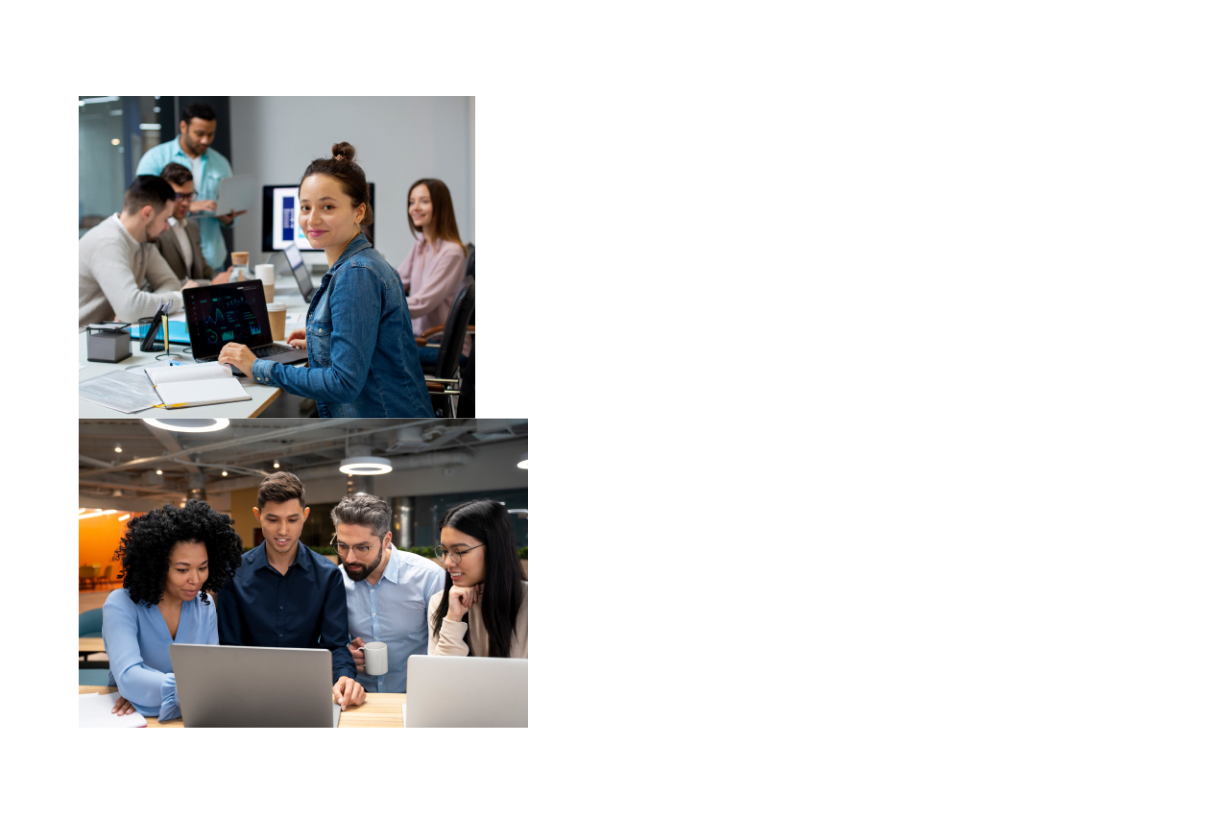
Repository: tagnam/mirehel2.0
Page: about.html
These files come from the project's save history. The page is drawn as it stood at one moment and after the next save; the edit follows.
The browser window is 1280 px wide. The pictures show the whole page, at 96% of full size.

Above is the page before, as saved 2025-02-03 11:49:20.

### about.html
<!DOCTYPE html>
<html lang="en">
<head>
    <meta charset="UTF-8">
    <meta name="viewport" content="width=device-width, initial-scale=1.0">
    <title>about</title>
    <link href="https://cdn.jsdelivr.net/npm/bootstrap@5.0.2/dist/css/bootstrap.min.css" rel="stylesheet" integrity="sha384-EVSTQN3/azprG1Anm3QDgpJLIm9Nao0Yz1ztcQTwFspd3yD65VohhpuuCOmLASjC" crossorigin="anonymous">
    <link rel="stylesheet" href="style/css/animation.css">
    <link rel="stylesheet" href="style/css/style.css">
    <link rel="stylesheet" href="style/css/animation.css">
</head>
<body>
<!--======================================== about section ==================================== -->


<section>
    <div class="container">
        <div class="row">
            <div class="col-lg-6">
                <div class="about-left">
                    <figure class="about-img-container">
                        <img class="about-img-1" src="images/about-img-1.jpg" alt="">
                        <img class="about-img-2" src="images/about-img-2.jpg" alt="">
                    </figure>
                </div>
            </div>
            <div class="col-lg-6"></div>
        </div>
    </div>
</section>

<!--======================================== end about section ==================================== -->












    <script src="https://cdn.jsdelivr.net/npm/bootstrap@5.0.2/dist/js/bootstrap.bundle.min.js" integrity="sha384-MrcW6ZMFYlzcLA8Nl+NtUVF0sA7MsXsP1UyJoMp4YLEuNSfAP+JcXn/tWtIaxVXM" crossorigin="anonymous"></script>
    <script src="https://cdn.jsdelivr.net/npm/@popperjs/core@2.9.2/dist/umd/popper.min.js" integrity="sha384-IQsoLXl5PILFhosVNubq5LC7Qb9DXgDA9i+tQ8Zj3iwWAwPtgFTxbJ8NT4GN1R8p" crossorigin="anonymous"></script>
    <script src="https://cdn.jsdelivr.net/npm/bootstrap@5.0.2/dist/js/bootstrap.min.js" integrity="sha384-cVKIPhGWiC2Al4u+LWgxfKTRIcfu0JTxR+EQDz/bgldoEyl4H0zUF0QKbrJ0EcQF" crossorigin="anonymous"></script>
</body>
</html>

### style/css/style.css

@import url('https://fonts.googleapis.com/css2?family=Hind:wght@300;400;500;600;700&family=Inter:ital,opsz,wght@0,14..32,100..900;1,14..32,100..900&family=Open+Sans:ital,wght@0,300..800;1,300..800&family=Oswald:wght@200..700&family=Poppins:ital,wght@0,100;0,200;0,300;0,400;0,500;0,600;0,700;0,800;0,900;1,100;1,200;1,300;1,400;1,500;1,600;1,700;1,800;1,900&family=Raleway:ital,wght@0,100..900;1,100..900&family=Roboto:ital,wght@0,100;0,300;0,400;0,500;0,700;0,900;1,100;1,300;1,400;1,500;1,700;1,900&family=Urbanist:ital,wght@0,100..900;1,100..900&display=swap');
@import url("https://cdn.jsdelivr.net/npm/bootstrap-icons@1.11.3/font/bootstrap-icons.min.css");
*{
    margin: 0;
    padding: 0;
    box-sizing: border-box;
}

:root{
    --primary-color: #252A4E;
    --secondary-color: #a249ed;

}

body{
    font-family: "Hind", serif;

    color:#252A4E;
}

section{
    padding: 100px 0;
}

.row-container{
    margin-top: 50px;
}
.banner-section{
    background-image: url(/images/banner-bg.webp);
    background-size: cover;
    background-position: center;
    /* background-attachment: fixed; */
    /* height: 100vh; */
    position: relative;
    margin: 15px;
    padding: 8px;
}
.section-btn{
    height: 100%;
    display: flex
;
    justify-content: flex-end;
    align-items: flex-end;
}

.title{
    font-size: 55px;
    font-weight: 800;
    line-height: 1;
}

.banner-img{
    position: relative;
    bottom: -89px;
}
.banner-content{
    margin-top: 100px;
    padding-right: 100px;
}

.banner-title{
    font-size: 70px;
    font-weight: 800;
    line-height: 1;
}

.banner-text{
    font-size: 20px;
    font-weight: 400;
    line-height: 1.5;
    margin-top: 20px;
    color:#515670;
}

.banner-title span{
    color: var(--secondary-color);
}
.sub-heading{
    position: relative;
    display: inline-block;
    font-size: 16px;
    letter-spacing: 0.32px;
    line-height: 26px;
    font-weight: 400;
    font-family: var(--galada);
    text-transform: uppercase;
    background: linear-gradient(90deg, #FFA835 -3.85%, #FA3DCC 97.3%, #FA3AD0 100%);
    background-clip: text;
    -webkit-background-clip: text;
    -webkit-text-fill-color: transparent;

    margin-bottom: 12px;
}




.banner-icon{
    width: 100%;
    background: linear-gradient(90deg, #9255CE -2.17%, #BE60FF 100%);
    box-shadow: 0px 0px 20px 0px rgba(0, 0, 0, 0.08);
    border-radius: 30px 45px 30px 30px;
    position: relative;
    padding: 20px;
    top: 28px;
    right: -13px;
}

.banner-icon h2{
    font-size: 45px;
    font-weight: 800;
    /* line-height: 1.5; */
    color: #fff;
    /* margin-bottom: 20px; */
    text-align: start;
    margin: unset;
    line-height: 38px;
    padding: 10px;
}

.banner-icon h4{
    font-size: 27px;
    font-weight: 600;
    line-height: 1.5;
    color: #fff;
    /* margin-top: 20px; */
    text-align: start;
    text-transform: uppercase;
}


.marquee-content{
    background: linear-gradient(90deg, #70DBFF 0%, #DD98FF 100%);
    border-radius: 0 0 35px 30px;
    overflow: hidden;
    padding: 23px 45px;
    width: 100%;
    position: absolute;
    left: 9px;
    bottom: -12px;
    display: flex;
    justify-content: space-between;
    align-items: center;
}


/* <!--===================================== about section end ========================================--> */
.about-right-container{
    padding-left: 50px;
}
.about-text p{
    font-size: 18px;
    line-height: 1.5;
    color: #515670;
    margin-top: 20px;
}

.about-img{
    position: relative;
    transform: translate(30px, 30px);
    width: 100%;
}

.about-figure{
    position: relative;
  background-color: aqua;
  padding: 20px;
}


.about-list{

    list-style: none;
    padding: unset;
}

.about-list li{
    display: flex;
    align-items: center;
    margin-bottom: 20px;
    justify-content: space-between;
}

.about-icon{

    display: flex;
    justify-content: center;
    align-items: center;
    background-color:var(--secondary-color);
    width: 78px;
    height: 84px;
    background: linear-gradient(90deg, #5A1CCB -2.17%, #815EDC 100%);
    border-radius: 50px 6px 6px 6px;
}

.about-icon .bi{
    font-size: 45px;
    color: #fff;
    display: flex;
    justify-content: center;
    align-items: center;
}


.about-list-title{
    font-size: 27px;
    line-height: 1.16;
    margin-bottom: 4px;
    font-weight: 600;
}

.about-list-text p{
    font-size: 16px;
    line-height: 1.5;
    color: #515670;
    margin: unset;
}
/* <!--===================================== about section end ========================================--> */




/* <!--===================================== service section start ========================================--> */

.service-index {
    width: 100%;
    display: flex;
    justify-content: center;
    align-items: center;
}

.service-index h2{
    position: relative;
    display: inline-block;

    letter-spacing: 0.32px;
margin: unset;
    font-weight: 600;
    font-family: var(--galada);
    text-transform: uppercase;
    background: linear-gradient(90deg, #FFA835 -3.85%, #FA3DCC 97.3%, #FA3AD0 100%);
    background-clip: text;
    -webkit-background-clip: text;
    -webkit-text-fill-color: transparent;

}

.service-title h3{
    font-size: 40px;
    font-weight: 800;
    line-height: 1;
    color: #252A4E;
    margin-bottom: 20px;
}

.service-row{
    border-bottom: 2px solid red;
    margin-bottom: 30px;
}

.service-icon{
    display: flex;
    justify-content: center;
}

.service-icon .bi{
    font-size: 45px;
    color:red;
    display: flex;
    justify-content: center;
    align-items: center;
}
/* <!--===================================== service section end ========================================--> */




/* <!--===================================== project section start========================================--> */




/* <!--===================================== project section start========================================--> */





/* <!--===================================== testimonial section start========================================--> */


.testimonial-card{
    background: linear-gradient(90deg, #70DBFF 0%, #DD98FF 100%);
    padding: 0px 20px;
    border-radius: 20px;
}


.testimonial-img{
    height: 58px;
    width: 58px;
    background: red;
    border-radius: 64%;
    border: 2px solid;
}

.testimonial-top{
    padding-bottom: 20px;
    border-bottom: 1px solid #fff;

}


.testimonial-bottom h2{
    font-size: 65px;
    font-weight: 600;
    line-height: 1.5;
    color: #fff;
    margin-top: 20px;
    text-align: start;
    text-transform: uppercase;
}

.testimonial-bottom p{
    font-size: 20px;
    line-height: 1.5;
    color: #fff;
    margin: unset;
}

  .testimonial .testimonial-content {
    margin: 10px 10px 0;
    /* background: #efefef; */
    padding: 0px 60px;
    position: relative;
    border: none;
    border-radius: 8px;
    font-style: italic;
    font-size: 25px;
    border: 2px solid;
    border-radius: 20px;
  }

  .testimonial .testimonial-content:before,
  .testimonial .testimonial-content:after {
    content: "\201C";
    position: absolute;
    font-size: 80px;
    line-height: 1;
    color: #757f9a;
    font-style: normal;
  }

  .testimonial .testimonial-content:before {
    top: 0;
    left: 10px;
  }

  .testimonial .testimonial-content:after {
    content: "\201D";
    right: 10px;
    bottom: -0.5em;
  }

.testimonial-start{
    display: flex    ;
        justify-content: left;
        align-items: center;
        margin: 20px 0px;
}

.testimonial-start .bi{
    margin: 0px 5px;
    font-size: 20px;
}
/* <!--===================================== testimonial section start========================================--> */

/* <!--===================================== project section start========================================--> */
.project-img{
    height: 550px;
}

.project-card .project-img {
    transition: 1ms ease-in-out;
}

.project-card:hover .project-img{
    transform: scaleX(1) scaleY(1) scaleZ(0.1) rotateX(15deg) rotateY(0deg) rotateZ(0deg) translateX(0px) translateY(0px) translateZ(0px) skewX(0deg) skewY(0deg);
}

.project-content{
    margin-top: -100px;
    z-index: 1;
}
/* <!--===================================== project section end========================================--> */



/* <!--===================================== choice section start========================================--> */

.choice-container{
    position: relative;
    padding: 10px;
    background-color: transparent;
height: 400px;
border: 15px solid transparent;
  /* border-image:linear-gradient(180deg, red 0%, #00000000 90.04%); */
  /* border-image:linear-gradient(180deg, #00000000  0%, red 90.04%); */
  border-image-slice: 1;
border-radius: 20px;
background: linear-gradient(white, white) padding-box,
linear-gradient(180deg, red 0%, #00000000 90.04%) border-box;
}

/* <!--===================================== choice section end========================================--> */


















/* ----------------------------new about  */

.about-img-container{
    position: relative;
}

.about-img-1{

}


.about-img-2{

}

Loaded but not shown: style/css/animation.css (no stored copy; drawn as an empty file)

After the next save:
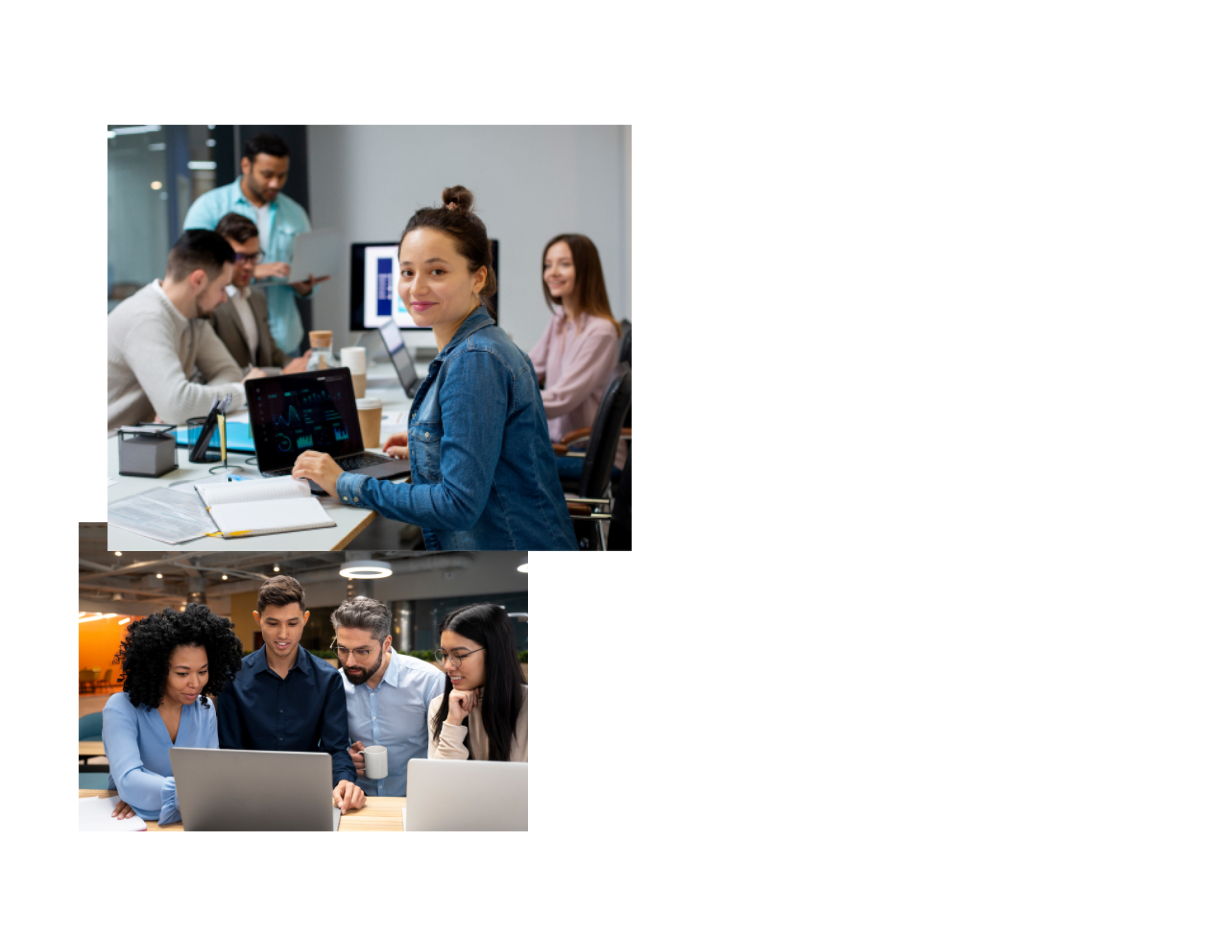
Saved 17 s later.
--- a/about.html
+++ b/about.html
@@ -19,7 +19,7 @@
             <div class="col-lg-6">
                 <div class="about-left">
                     <figure class="about-img-container">
-                        <img class="about-img-1" src="images/about-img-1.jpg" alt="">
+                        <img class="about-img" src="images/about-img-1.jpg" alt="">
                         <img class="about-img-2" src="images/about-img-2.jpg" alt="">
                     </figure>
                 </div>
